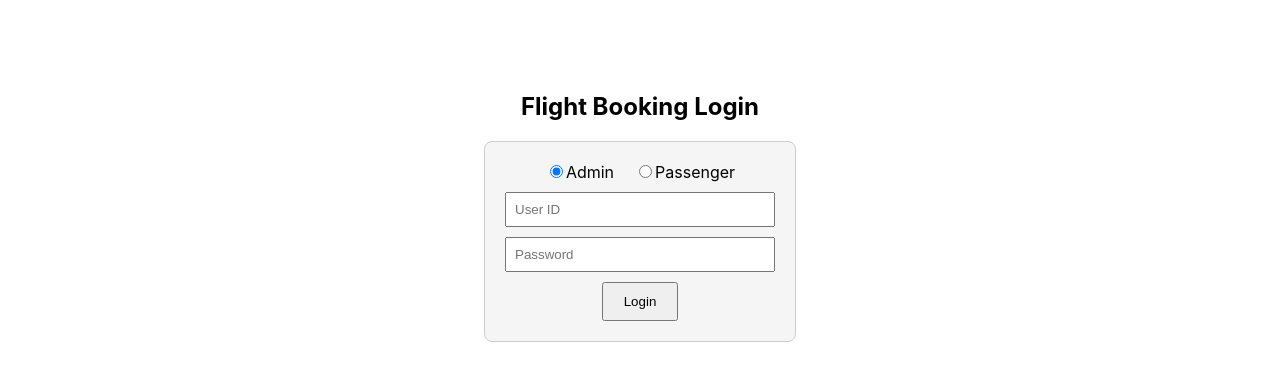
Repository: Shenes35/Booking-system
Page: / (app in frontend/)
The author's editor kept a copy of each file at every save. The page is drawn from the files as they stood at one save, then again after the next save.
The browser window is 1280 px wide. The pictures show the whole page.
The project was rebuilt for these pictures with package versions that can differ from the ones it lists, and the page was loaded fresh each time.

Above is the page before, as saved 2025-05-19 10:28:28.

### frontend/src/index.js
import React from 'react';
import ReactDOM from 'react-dom/client';
import './index.css';
import App from './App.jsx';       // ONLY one import of App
import reportWebVitals from './reportWebVitals';

const root = ReactDOM.createRoot(document.getElementById('root'));
root.render(
  <React.StrictMode>
    <App />
  </React.StrictMode>
);

reportWebVitals();

### frontend/src/App.jsx
import React, { useState } from 'react';
import LoginPage from './components/LoginPage';

const App = () => {
  const [userRole, setUserRole] = useState(null);

  if (!userRole) {
    return <LoginPage setUserRole={setUserRole} />;
  }

  return (
    <div>
      <h1>Welcome, {userRole}!</h1>
      {/* Add more UI or navigation here */}
    </div>
  );
};

export default App;

### frontend/src/components/LoginPage.jsx
import React, { useState } from 'react';

const LoginPage = ({ setUserRole }) => {
  const [role, setRole] = useState('admin');
  const [userId, setUserId] = useState('');
  const [password, setPassword] = useState('');

  const handleSubmit = (e) => {
    e.preventDefault();
    if (!userId || !password) {
      alert('Please enter User ID and Password');
      return;
    }
    setUserRole(role);
  };

  return (
    <div style={{ textAlign: 'center', paddingTop: '10vh' }}>
      <h2>Flight Booking Login</h2>
      <form onSubmit={handleSubmit} style={{ display: 'inline-block', padding: '20px', border: '1px solid #ccc', borderRadius: '8px', backgroundColor: '#f5f5f5' }}>
        <div>
          <label>
            <input type="radio" value="admin" checked={role === 'admin'} onChange={() => setRole('admin')} />
            Admin
          </label>
          <label style={{ marginLeft: '20px' }}>
            <input type="radio" value="passenger" checked={role === 'passenger'} onChange={() => setRole('passenger')} />
            Passenger
          </label>
        </div>
        <input
          type="text"
          placeholder="User ID"
          value={userId}
          onChange={(e) => setUserId(e.target.value)}
          style={{ display: 'block', margin: '10px 0', padding: '8px', width: '250px' }}
        />
        <input
          type="password"
          placeholder="Password"
          value={password}
          onChange={(e) => setPassword(e.target.value)}
          style={{ display: 'block', margin: '10px 0', padding: '8px', width: '250px' }}
        />
        <button type="submit" style={{ padding: '10px 20px' }}>Login</button>
      </form>
    </div>
  );
};
const styles = {
  container: {
    display: 'flex',
    justifyContent: 'center',
    alignItems: 'center',
    height: '100vh',
    background: 'linear-gradient(to right, #74ebd5, #ACB6E5)',
    fontFamily: 'Arial, sans-serif',
  },
  card: {
    padding: '30px',
    borderRadius: '12px',
    backgroundColor: '#ffffff',
    boxShadow: '0 4px 12px rgba(0, 0, 0, 0.1)',
    minWidth: '320px',
    textAlign: 'center',
  },
  title: {
    marginBottom: '20px',
    color: '#333',
  },
  roleSelection: {
    display: 'flex',
    justifyContent: 'center',
    gap: '20px',
    marginBottom: '20px',
  },
  radioLabel: {
    fontSize: '16px',
  },
  input: {
    display: 'block',
    width: '100%',
    padding: '10px',
    margin: '10px 0',
    border: '1px solid #ccc',
    borderRadius: '8px',
    fontSize: '14px',
  },
  button: {
    backgroundColor: '#4CAF50',
    color: '#fff',
    padding: '12px 20px',
    border: 'none',
    borderRadius: '8px',
    cursor: 'pointer',
    fontSize: '16px',
    marginTop: '10px',
    transition: 'background-color 0.3s ease',
  },
};

export default LoginPage;

Loaded but not shown: frontend/public/index.html (common file); frontend/src/index.css (common file); frontend/src/reportWebVitals.js (common file)

After the next save:
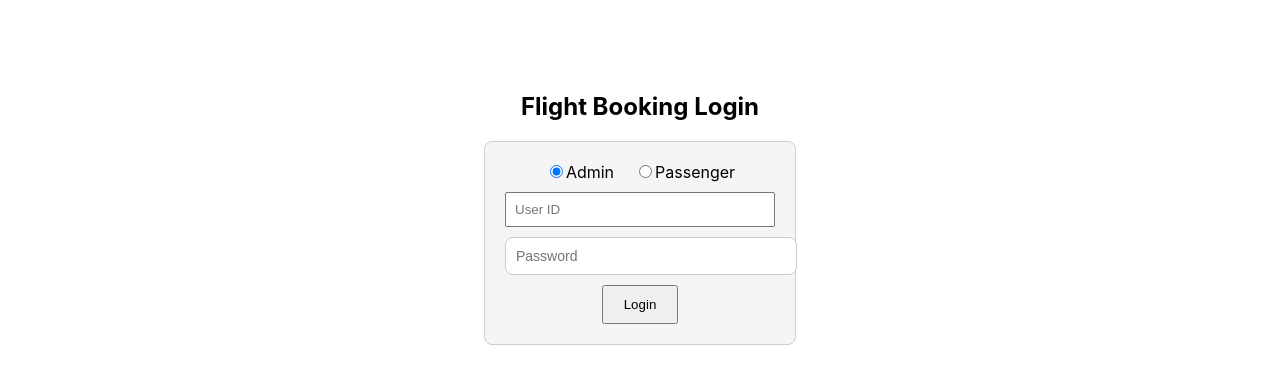
Saved 27 s later.
--- a/frontend/src/components/LoginPage.jsx
+++ b/frontend/src/components/LoginPage.jsx
@@ -40,7 +40,7 @@ const LoginPage = ({ setUserRole }) => {
           placeholder="Password"
           value={password}
           onChange={(e) => setPassword(e.target.value)}
-          style={{ display: 'block', margin: '10px 0', padding: '8px', width: '250px' }}
+          style={styles.input}
         />
         <button type="submit" style={{ padding: '10px 20px' }}>Login</button>
       </form>
